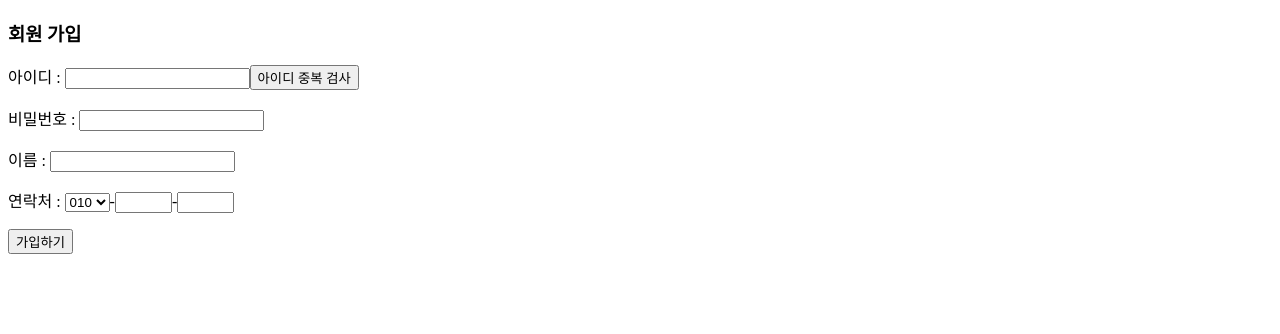
Repository: lhj257/jspwrokspace
Page: http://localhost/JSPBook/ch08/validation05.jsp
An editor plug-in stored every save of this project. The page is shown before and after the next save, followed by the edit.
The browser window is 1280 px wide. The pictures show the whole page.
The page is served by Tomcat 9. Nobody is signed in. The application's start-up code is not run. Other server files are loaded and not shown.

Above is the page before, as saved 2023-08-29 02:19:38.

### JSPBook/src/main/webapp/ch08/validation05.jsp
<%@ page language="java" contentType="text/html; charset=UTF-8"
    pageEncoding="UTF-8"%>
<!DOCTYPE html>
<html>
<head>
<meta charset="UTF-8">
<title>Insert title here</title>
</head>
<body>
<h3>회원 가입</h3>
	<form action="validation05_process.jsp" name="member" method="post">
		<p>
			아이디 : <input type="text" name="id"><input type="button"
				value="아이디 중복 검사">
		<p>
			비밀번호 : <input type="password" name="passwd">
		<p>
			이름 : <input type="text" name="name">
		<p>
			연락처 : <select name="phone1">
			<option value="010">010</option>
			<option value="011">011</option>
			<option value="016">016</option>
			<option value="017">017</option>
			<option value="019">019</option>
			</select>-<input type="text" maxlength="4" size="4" name="phone2">-<input
				type="text" maxlength="4" size="4" name="phone3">
		<p>
		<p>
			<input type="submit" value="가입하기">
			</form>
</body>
</html>

After the next save:
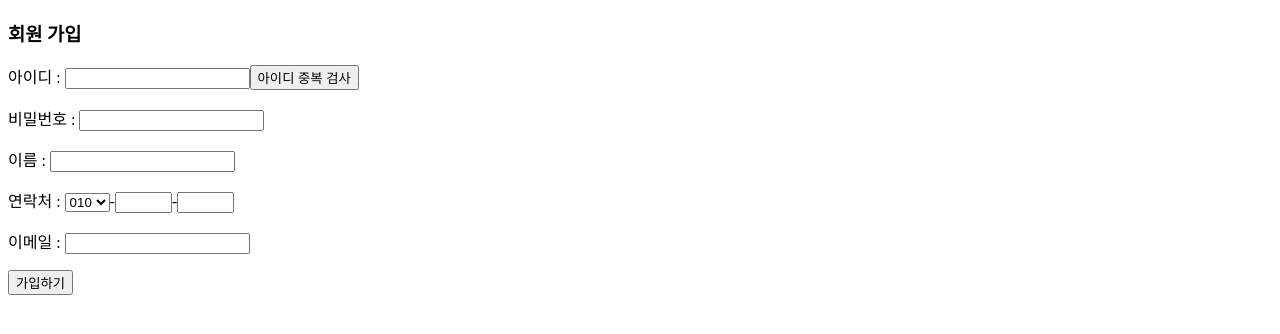
Saved 65 s later.
--- a/JSPBook/src/main/webapp/ch08/validation05.jsp
+++ b/JSPBook/src/main/webapp/ch08/validation05.jsp
@@ -25,9 +25,9 @@
 			<option value="019">019</option>
 			</select>-<input type="text" maxlength="4" size="4" name="phone2">-<input
 				type="text" maxlength="4" size="4" name="phone3">
+		<p> 이메일 : <input type="text" name="email">
 		<p>
-		<p>
-			<input type="submit" value="가입하기">
+			<input type="submit" value="가입하기" onclick="checkMember()">
 			</form>
 </body>
 </html>
